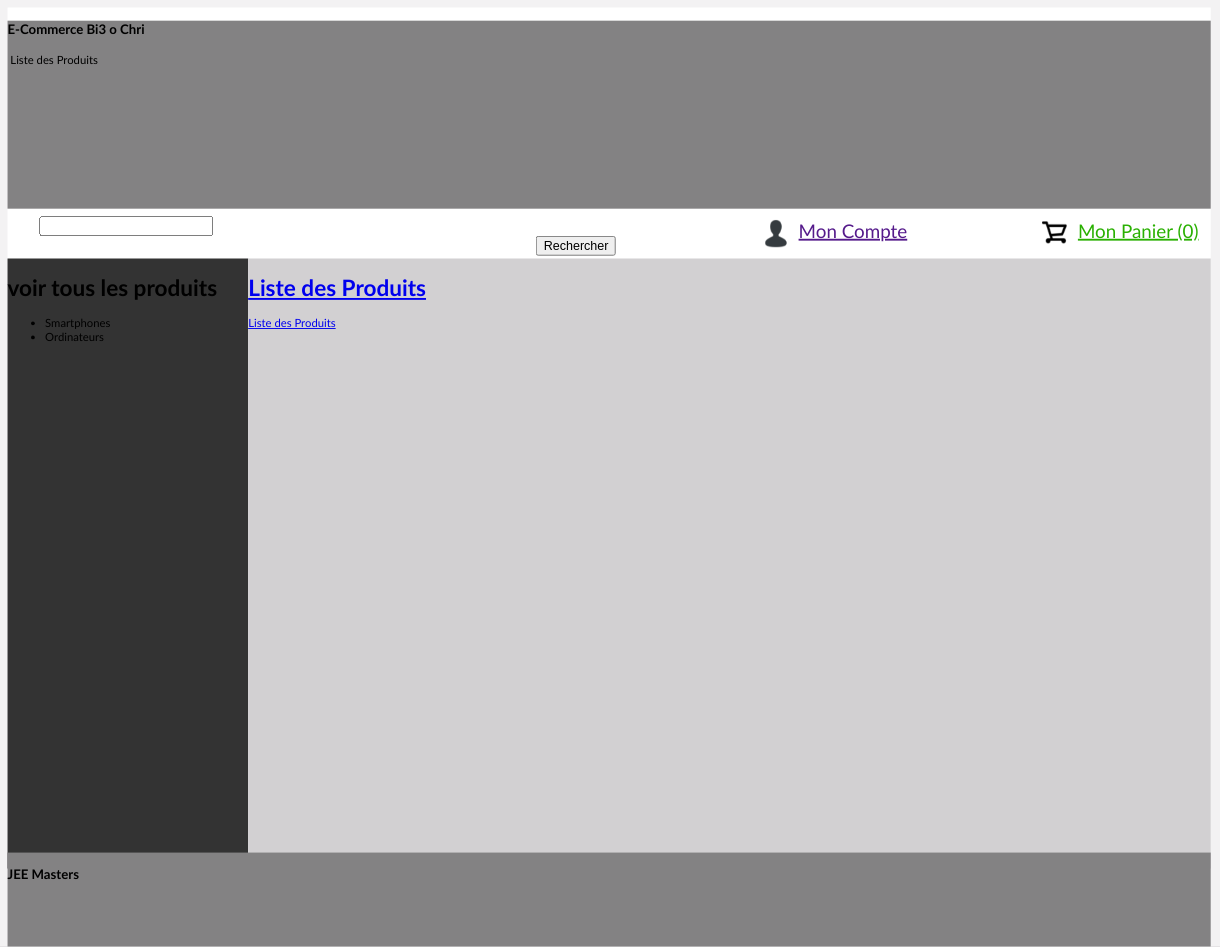
Repository: EBusinesss/Ebusiness
Page: http://localhost/EcomWEB/
These files come from the project's save history. The page is drawn as it stood at one moment and after the next save; the edit follows.
The browser window is 1280 px wide. The page is 1298 px wide, so the pictures cover 1298 px, including what lies to the right of the window. The pictures show the whole page, at 94% of full size.
The page is served by Tomcat 9. Nobody is signed in. The application's start-up code is not run.

Above is the page before, as saved 2014-12-25 16:36:51.

After the next save:
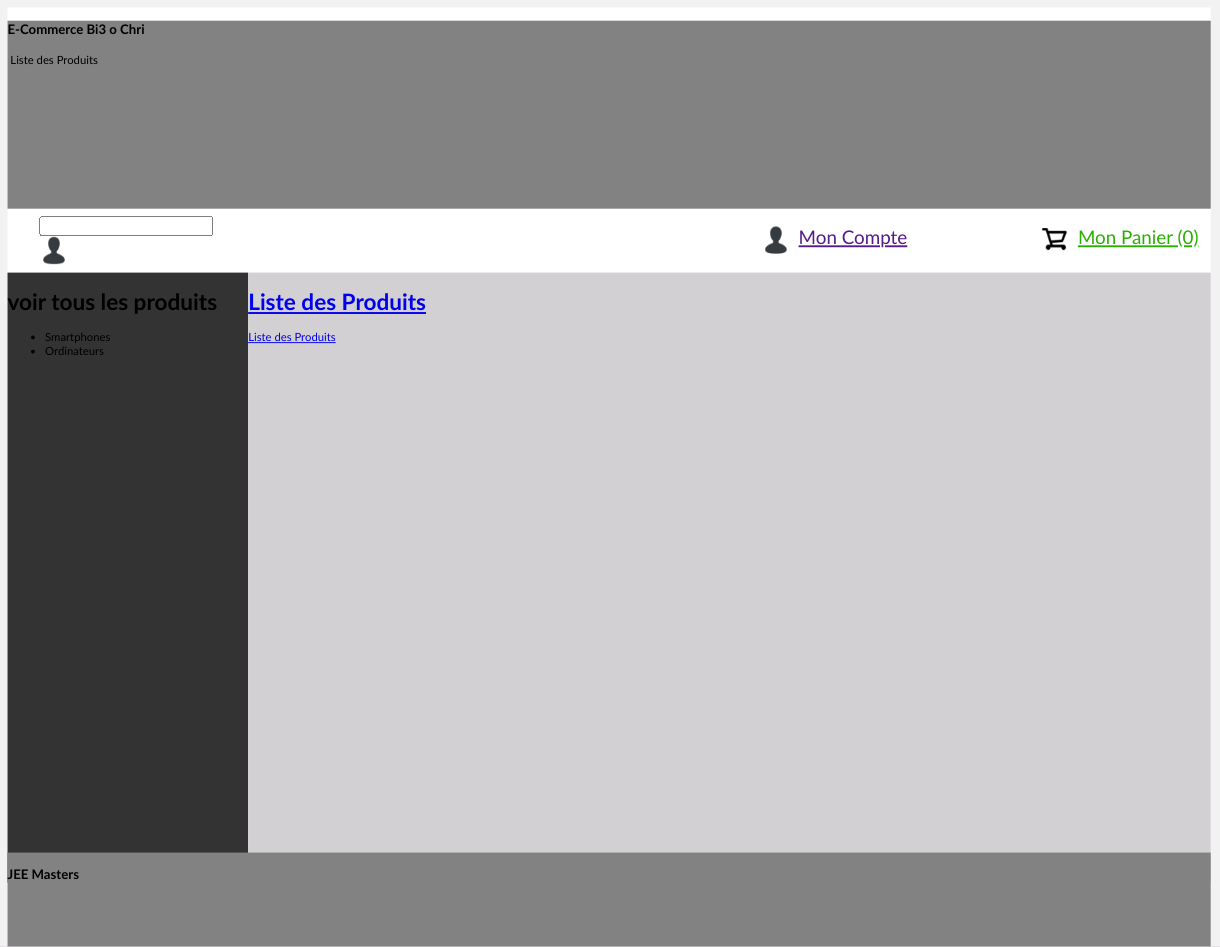
Saved 9 s later.
--- a/Workspace/EcomWEB/WebContent/index.jsp
+++ b/Workspace/EcomWEB/WebContent/index.jsp
@@ -35,7 +35,7 @@
 						width="40px" align="right"
 						onkeydown="if (event.keyCode==13) document.getElementById('btnSearch').click()">
 						<div align="right">
-							<button onclick="Rechercher()" type="button" id="btnSearch">Rechercher</button>
+							<div class="icn-search" onclick="Rechercher()" id="btnSearch"> </div>
 						</div></td>
 
 					<td width="25%" align="right">
